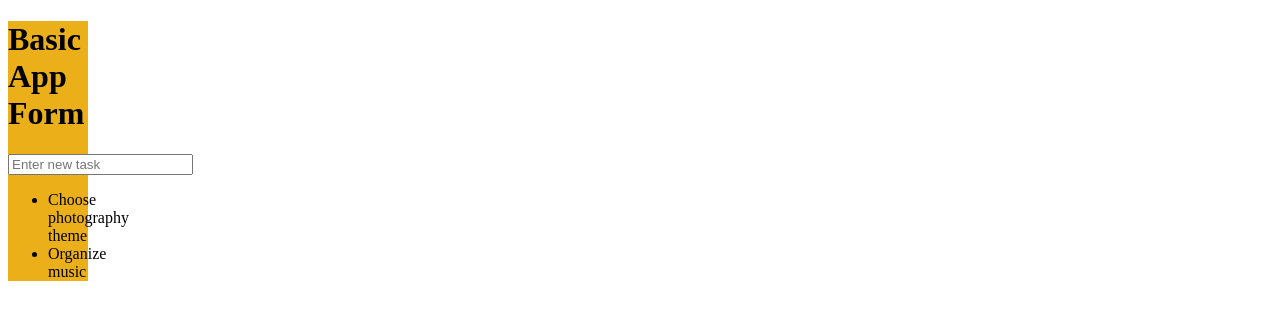
Repository: Kayla-amr/dgm_3760
Page: todoTemplate-W2/index.html
The author's editor kept a copy of each file at every save. The page is drawn from the files as they stood at one save, then again after the next save.
The browser window is 1280 px wide. The pictures show the whole page.

Above is the page before, as saved 2022-10-17 10:51:41.

### todoTemplate-W2/index.html
<!DOCTYPE html>
<html lang="en">
<head>
    <meta charset="UTF-8">
    <meta http-equiv="X-UA-Compatible" content="IE=edge">
    <meta name="viewport" content="width=device-width, initial-scale=1.0">
    <link rel="stylesheet" href="styles.css">
    <title>Basic Todo App</title>
</head>
<body>
    <main>
    <div class="taskForm">
        <h1 class="formTitle"></h1>
        <input class ="userInput"  type="text" placeholder="Enter new task">
        <ul class='tasks'>
        </ul>
    </main>

    </div>
</body>
<script src="/todoTemplate-W2/index.js"></script>
</html>

### todoTemplate-W2/styles.css
.taskForm{
    background-color: #eaaf19;
    width: 5rem;
}

### todoTemplate-W2/index.js
let myList = [
  {
    id: 0,
    name: "Choose photography theme",
    category: "Homework",
    due_date: "Tomorrow",
    status: false,
  },
  {
    id: 1,
    name: "Organize music",
    category: "Chores",
    due_date: "Wednesday",
    status: false,
  },
];

//app title
document.querySelector(".formTitle").innerText = "Basic App Form";



//view todods
myList.forEach(function(myTask){
  document.querySelector('.tasks').innerHTML += `<li> ${myTask.name} </li>`;
});


//add todos
function addTask(){
  myList = myList.map(function(newTask){
    newTask = []
  })
}

// myTask(myList, (num) => {
//   console.log (num)
// })

After the next save:
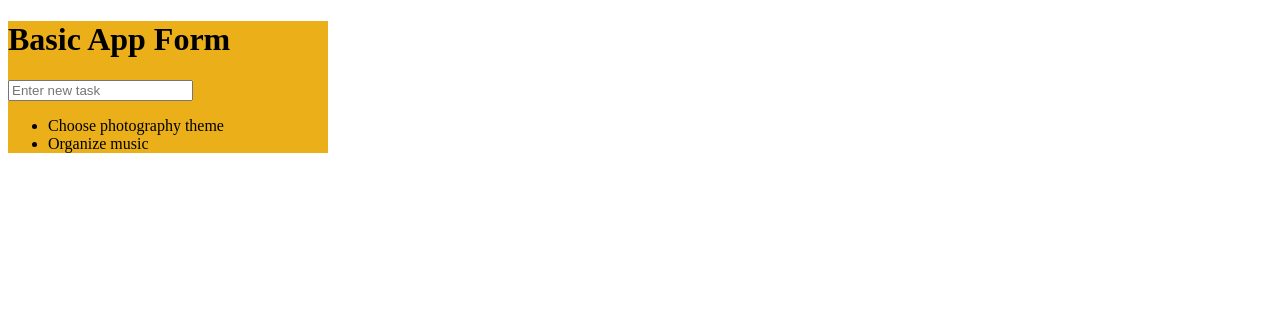
Saved 4 s later.
--- a/todoTemplate-W2/styles.css
+++ b/todoTemplate-W2/styles.css
@@ -1,4 +1,4 @@
 .taskForm{
     background-color: #eaaf19;
-    width: 5rem;
+    width: 20rem;
 }
